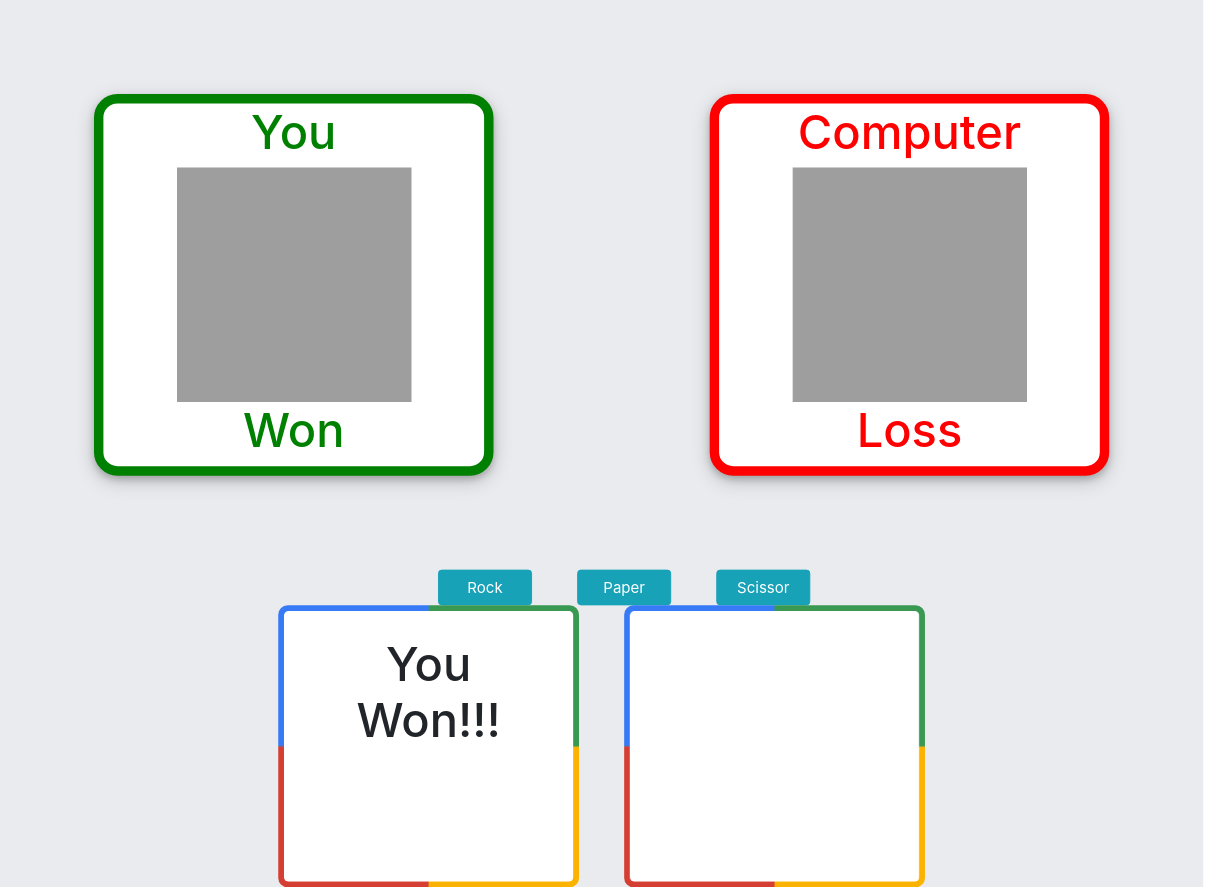
Repository: tts2610/React-Intro
Page: /
These files come from the project's save history. The page is drawn as it stood at one moment and after a run of saves; the edit follows.
The browser window is 1280 px wide. The page is 1295 px wide, so the pictures cover 1295 px, including what lies to the right of the window. The pictures show the whole page, at 94% of full size.
Pictures or frames that could not be fetched are drawn as grey boxes. Some web libraries are served in a nearby version. The project was rebuilt for these pictures with package versions that can differ from the ones it lists, and the page was loaded fresh each time. Also part of the build but not shown: src/components/History.js.

Above is the page before, as saved 2020-05-26 23:10:15.

After the next 2 saves:
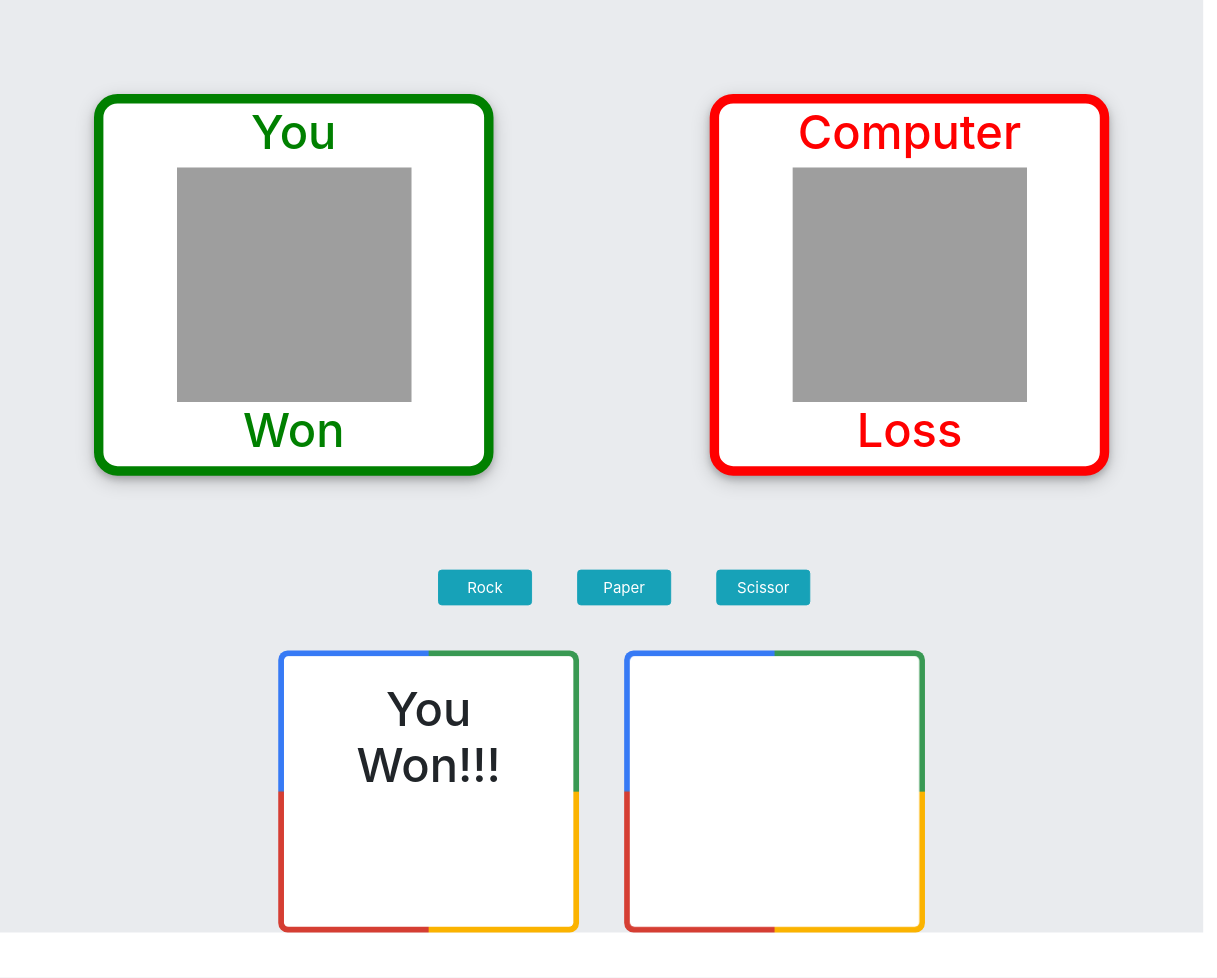
The 2 saves are shown as one change because they came seconds apart.
The last was saved 10 s later.
--- a/src/App.js
+++ b/src/App.js
@@ -72,7 +72,7 @@ export default class App extends Component{
         <Button type="paper" handleClick={this.handleClick}/>
         <Button type="scissor" handleClick={this.handleClick}/>
         </div>
-        <div className="row mx-auto resultContainer">
+        <div className="row mx-auto resultContainer my-5">
           <div className="col-md-3 rainbow mr-5">
           <Result result={[this.state.me.winner,this.state.computer.winner]}/>
           </div>
